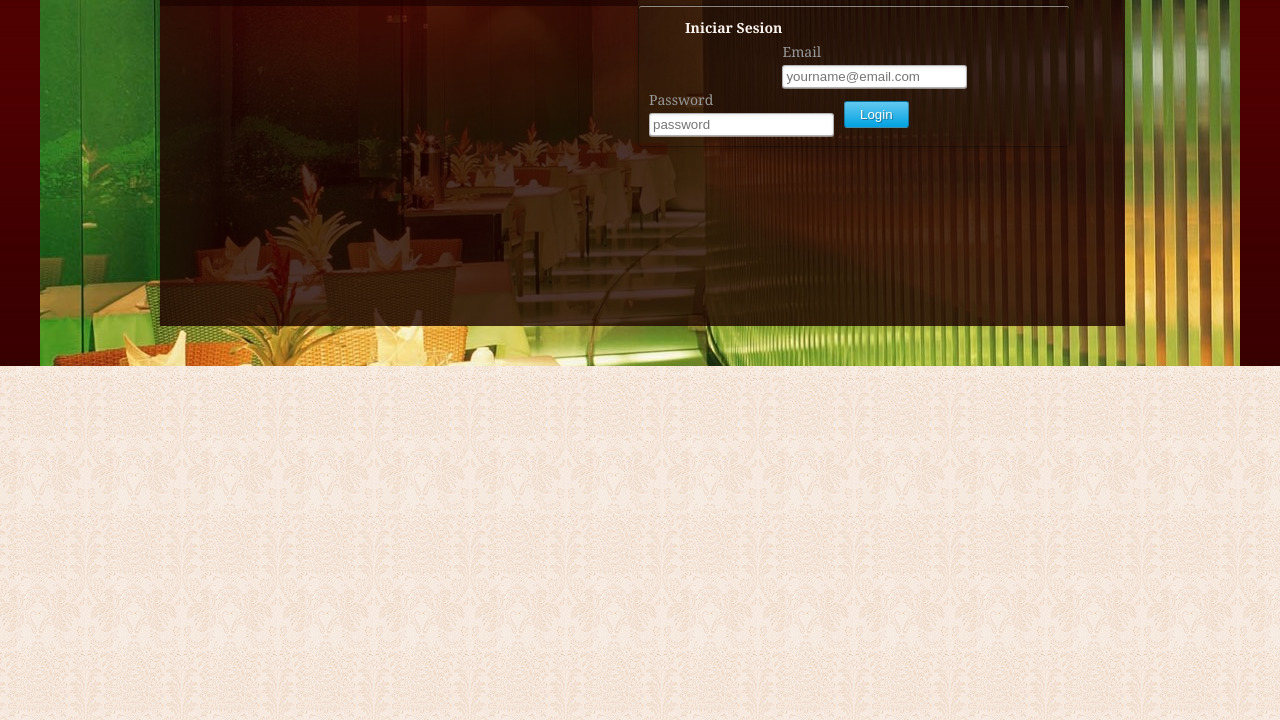
Repository: ProSoft-PDSI/sdsddo
Page: http://localhost/sdsr/LoginRegistro.jsp
The author's editor kept a copy of each file at every save. The page is drawn from the files as they stood at one save, then again after the next save.
The browser window is 1280 px wide. The pictures show the whole page.
The page is served by Tomcat 9. Other server files are loaded and not shown.

Above is the page before, as saved 2014-07-19 21:26:47.
Console error: TypeError: Cannot read properties of undefined (reading 'appendTo')

### Web/sdsr/WebContent/LoginRegistro.jsp
<%@ page language="java" contentType="text/html; charset=ISO-8859-1"
    pageEncoding="ISO-8859-1"%>
<%@ taglib prefix="c" uri="http://java.sun.com/jsp/jstl/core" %>
<!DOCTYPE html>
<html lang="es">
<head>
<title></title>
<meta charset="utf-8" />
<style type="text/css">
body {
	Background: transparent;
}
</style>
<%@ include file="Carga.jsp" %>
</head>
<body id="page5">
<div class="body6">
	<div class="body1">
		<div class="main">
<!-- content -->
			<article id="content">
				<div class="wrap">
					<div class="box">
					<form id="ContactForm">
						<section class="loginform cf">
							<form name="login" action="index_submit" method="get" accept-charset="utf-8">
								<ul>
								   <h1> Iniciar Sesion </h1>
									<li>
										<label for="usermail"><br>Email</label>
										<input type="text" name="usuario" placeholder="yourname@email.com" required>
									</li>
									<li>
										<label for="password">Password</label>
										<input type="password" name="contrasenia" placeholder="password" required></li>
									<li>
										<input type="submit" value="Login">
									</li>
								</ul>
								</form>
						</section>
					</form>
					<div>
						<form id="ContactForm">
						<section class="loginform cf">
						   <form name="login" action="index_submit" method="get" accept-charset="utf-8">
							<ul>
							    <h1>Registrate</h1>
								<li>
									<label for="usermail"><br>Email</label>
									<input type="Text" name="usermail"  required>
								</li>
								<li>
									<label for="password">Contraseña</label>
									<input type="Text" name="password"  required>
								</li>
								<li>
									<label for="password">Confirmar Contraseña</label>
									<input type="Text" name="password"  required>
								</li>
								<li>
									<label for="Nombre">Nombre</label>
									<input type="Text" name="Nombre"  required>
								</li>
								<li>
									<label for="Apellido">Apellidos</label>
									<input type="Text" name="Apellido"  required>
								</li>
								<li>
									<label for="Number">DNI</label>
									<input type="Text" name="Number"  required>
								</li>
								<li>
									<label for="Direccion">Direccion</label>
									<input type="Text" name="Direccion"  required>
								</li>
								<li>
									<label for="Number">Telefono</label>
									<input type="Text" name="Number"  required>
								</li>
								<li>
									<input type="submit" value="Registrar">
								</li>
							</ul>
						</form>
					</section>
							</form>
						</div>
					</div>
				</div>
			</article>
		</div>
	</div>
</div>
<script type="text/javascript"> Cufon.now(); </script>
</body>

</html>

### Web/sdsr/WebContent/Carga.jsp
<link rel="stylesheet" href="css/reset.css" type="text/css" media="all">
<link rel="stylesheet" href="css/layout.css" type="text/css" media="all">
<link rel="stylesheet" href="css/style.css" type="text/css" media="all">
<link rel="stylesheet" href="css/estilos.css" type="text/css" media="all">
<script type="text/javascript" src="js/jquery-1.6.js" ></script>
<script type="text/javascript" src="js/cufon-yui.js"></script>
<script type="text/javascript" src="js/cufon-replace.js"></script>
<script type="text/javascript" src="js/Forum_400.font.js"></script>
<script type="text/javascript" src="js/jquery.easing.1.3.js"></script>
<script type="text/javascript" src="js/tms-0.3.js"></script>
<script type="text/javascript" src="js/tms_presets.js"></script>
<script type="text/javascript" src="js/script.js"></script>
<script type="text/javascript" src="js/atooltip.jquery.js"></script>

### Web/sdsr/WebContent/css/layout.css
.col1, .col2, .col3, .cols  {float:left}
.cols {width:300px}
.col1 {width:630px}
.col2 {width:240px}
.col3 {width:570px}
/* index.html */
/* index-1.html */
#page2 .box .list1 {margin-top:-7px}
/* index-2.html */
#page3 h2.letter_spacing {word-spacing:-2px}
/* index-3.html */
#page4 .box .list1 {margin-top:-7px}
#page4 h2.pad_bot1 {padding-bottom:5px}
/* index-4.html */
#page5 .box > div {background: url(../images/box_top2.png) top center no-repeat}
#page5 #content2 h2 {padding-bottom:4px}
/* index-5.html */
/* index-6.html */

### Web/sdsr/WebContent/css/style.css
/* Getting the new tags to behave */
article, aside, audio, canvas, command, datalist, details, embed, figcaption, figure, footer, header, hgroup, keygen, meter, nav, output, progress, section, source, video {display:block}
mark, rp, rt, ruby, summary, time {display:inline}
/* Left & Right alignment */
.left {float:left}
.right {float:right}
.wrapper {width:100%;overflow:hidden}
.wrap{overflow:hidden;width:965px;margin-left:-5px;padding-left:5px}
/* Global properties */
body {background:url(../images/bg_bot.jpg) center 0 repeat #faf3ed;border:0;font:14px Georgia, "Times New Roman", Times, serif;color:#200;line-height:24px}
.ic, .ic a {border:0;float:right;background:#fff;color:#f00;width:50%;line-height:10px;font-size:10px;margin:-220% 0 0 0;overflow:hidden;padding:0}
.css3{border-radius:8px;-moz-border-radius:8px;-webkit-border-radius:8px;box-shadow:0 0 4px rgba(0, 0, 0, .4);-moz-box-shadow:0 0 4px rgba(0, 0, 0, .4);-webkit-box-shadow:0 0 4px rgba(0, 0, 0, .4);position:relative}
/* Global Structure */
.main {	margin:0 auto;	width:960px}
.body1 {background:url(../images/restaurant.jpg) top center no-repeat}
.body2 {background:#faf3ed}
.body3 {background:url(../images/bg_bot.jpg) top center repeat}
.body4 {background:url(../images/bg_bot_img.jpg) top center no-repeat}
.body5 {background:url(../images/slider_shadow.png) center 508px no-repeat}
.body6 {background:url(../images/bg_top.jpg) top repeat-x}
/* main layout */
a {color:#a80002;text-decoration:none;outline:none}
a:hover {text-decoration:underline}
h1 {float:left;padding:0px 0 0 36px}
h2 {font-size:41px;line-height:1.2em;color:#200000;padding:16px 0 12px 0;letter-spacing:-2px}
h2.letter_spacing {letter-spacing:-3px}
h3 {font-size:27px;color:#230000;line-height:1.2em;padding:20px 0 9px 0;letter-spacing:-1px}
h3 span {color:#a80002}
p {padding-bottom:24px}
/* header */
header {height:121px;padding-top:31px;width:100%;overflow:hidden}
label {
	display: block;
	color: #999;
}
.cf:before,
.cf:after {
    content: "";
    display: table;
}

.cf:after {
    clear: both;
}
.cf {
    *zoom: 1;
}
:focus {
	outline: 0;
}
.loginform {
	width: 410px;
	margin: 10px auto;
	padding: 10px;
	border-radius: 3px;
    box-shadow: 0px 0px 5px 0px rgba(0, 0, 0, 0.2),
    			inset 0px 1px 0px 0px rgba(250, 250, 250, 0.5);
    border: 1px solid rgba(0, 0, 0, 0.3);
    float: right;
}
.loginform ul {
	padding: 0;
	margin: 0;
}
.loginform li {
	display: inline;
	float: left;
}
.loginform input:not([type=submit]) {
	padding: 3px;
	margin-right: 10px;
	border: 1px solid rgba(0, 0, 0, 0.3);
	border-radius: 3px;
	box-shadow: inset 0px 1px 3px 0px rgba(0, 0, 0, 0.1),
				0px 1px 0px 0px rgba(250, 250, 250, 0.5) ;
}
.loginform input[type=submit] {
	border: 1px solid rgba(0, 0, 0, 0.3);
	background: #64c8ef; /* Old browsers */
	background: -moz-linear-gradient(top,  #64c8ef 0%, #00a2e2 100%); /* FF3.6+ */
	background: -webkit-gradient(linear, left top, left bottom, color-stop(0%,#64c8ef), color-stop(100%,#00a2e2)); /* Chrome,Safari4+ */
	background: -webkit-linear-gradient(top,  #64c8ef 0%,#00a2e2 100%); /* Chrome10+,Safari5.1+ */
	background: -o-linear-gradient(top,  #64c8ef 0%,#00a2e2 100%); /* Opera 11.10+ */
	background: -ms-linear-gradient(top,  #64c8ef 0%,#00a2e2 100%); /* IE10+ */
	background: linear-gradient(to bottom,  #64c8ef 0%,#00a2e2 100%); /* W3C */
	filter: progid:DXImageTransform.Microsoft.gradient( startColorstr='#64c8ef', endColorstr='#00a2e2',GradientType=0 ); /* IE6-9 */
	color: #fff;
	padding: 5px 15px;
	margin-right: 0;
	margin-top: 13px;
	border-radius: 3px;
	text-shadow: 1px 1px 0px rgba(0, 0, 0, 0.3);
}

.ac_content h1{
	color:#fff;
	display:block;
	float:left;
	width:80px;
	height:20px;
	padding:0px;
	font-size:28px;
	font-weight:bold;
	line-height:30px;
	margin-right:1px;
}
.ac_content h1 span{
	display:block;
	font-weight:normal;
	font-size:18px;
}

#top_nav {float:right;padding:4px 43px 30px 0}
#top_nav li {float:left;padding:3px 26px 5px 0;background:url(../images/top_line.gif) right 0 no-repeat;margin-right:25px}
#top_nav li a {display:block;line-height:0}
#top_nav .end {background:none;padding-right:0;margin-right:0}
#menu {width:633px;float:right;padding:0 0 0 0}
#menu li {float:left;padding-left:3px}
#menu li a {display:block;font-size:24px;color:#faf3ed;line-height:75px;padding:0 15px;height:60px;letter-spacing:-1px}
/* #menu li a {display:block;font-size:24px;color:#faf3ed;line-height:100px;padding:0 15px;height:80px;letter-spacing:-1px}*/
#menu li a:hover, #menu .active a {text-decoration:none;background:url(../images/menu_bg.png) repeat}
.slider_bg {width:100%;height:404px;background: url(../images/bg_slider.jpg) 0 0 no-repeat;position:relative;overflow:hidden;box-shadow:0 0 5px rgba(0, 0, 0, .4);-moz-box-shadow:0 0 5px rgba(0, 0, 0, .4);-webkit-box-shadow:0 0 5px rgba(0, 0, 0, .4);margin-bottom:35px}
.slider {top:10px;right:10px;position:absolute;z-index:1;width:920px}
.slider .items {display:none}
.slider .pic {float:right;position:relative}
.banner {left:0px;top:0;position:absolute;width:271px;z-index:2;text-align:center}
.banner strong {font-size:52px;color:#bf0f0a;display:block;line-height:1.2em;text-transform:uppercase;padding:55px 0 0 0;letter-spacing:-2px}
.banner strong span {display:block;margin-top:-16px}
.banner b {display:block;font-size:27px;color:#312826;text-transform:uppercase;padding:0 0 23px 0;line-height:1.2em;letter-spacing:-1px}
.banner p {background:url(../images/quot1.png) 0 0 no-repeat}
.banner p span {display:block;background:url(../images/quot2.png) right bottom no-repeat;padding:0 0 0 0;color:#6c5f5b;padding-bottom:2px}
.slider .pagination {position:absolute;z-index:2;bottom:10px;left:107px}
.slider .pagination li {float:left;padding-right:3px}
.slider .pagination a {display:block;width:17px;height:17px;text-indent:-9999px;background:url(../images/buttons.png) right 0 no-repeat}
.slider .pagination a:hover, .slider .pagination .current a {background-position:left}
/* content */
#content {padding-bottom:40px}
#content2 {padding-bottom:31px}
.pad_left1 {padding-left:30px}
.pad_bot1 {padding-bottom:13px}
.pad_bot2 {padding-bottom:24px}
.marg_right1 {margin-right:20px}
.box {background:url(../images/box_bg.png) repeat;color:#faf3ed;box-shadow:0 0 5px rgba(0, 0, 0, .4);-moz-box-shadow:0 0 5px rgba(0, 0, 0, .4);-webkit-box-shadow:0 0 5px rgba(0, 0, 0, .4)}
.box > div {background:url(../images/box_top.png) 0 top no-repeat;padding:30px;padding-top:0;overflow:hidden}
.box h2 {color:#a80002;padding:15px 0 12px 0}
.box h2 span {color:#faf3ed}
.box figure {padding-bottom:13px}
.list1 li a {font-style:italic;padding-left:12px;background:url(../images/marker_1.gif) 1px 8px no-repeat;color:#faf3ed}
.list_1 {color:#fff}
.list_1:hover {text-decoration:none}
.button1 {display:inline-block;font-size:20px;color:#faf3ed;line-height:34px;padding:0 15px;background:#a80002;letter-spacing:-1px}
.button1:hover {text-decoration:none;color:#1e0000;background:#faf3ed}
.testimonials li span {float:left;width:40px;height:40px;font-size:30px;color:#faf3ed;line-height:34px;text-align:center;background:#a80002;margin-right:20px}
.testimonials li p {float:left;width:180px;padding-bottom:15px}
.testimonials li img {padding-top:2px}
.line1 {background:url(../images/line_vert1.gif) 285px 0 repeat-y}
.line2 {background:url(../images/line_vert1.gif) 615px 0 repeat-y}
.price {margin-top:-7px}
.price li {overflow:hidden;background:url(../images/price_bg.gif) 0 -6px repeat-x}
.price a {float:left;color:#220000;background:url(../images/marker_2.gif) 1px 11px no-repeat #faf3ed;padding-left:12px}
.price a:hover {text-decoration:none;color:#a80002}
.price span {float:right;background:#faf3ed}
.address {padding-bottom:0}
.address span {float:left;width:84px}
/* footer */
footer {height:138px;font:13px "Trebuchet MS", Arial, Helvetica, sans-serif;color:#696969;line-height:18px}
footer a {color:#c53005;text-decoration:underline}
footer a:hover {text-decoration:none}
#icons {padding:5px 0 0 0}
#icons li {float:left;padding-right:9px}
/* Tooltips */
.aToolTip {background:#a80002;color:#fff;	margin:0;padding:2px 10px 3px;font-size:11px;position:absolute;line-height:17px}
.aToolTip .aToolTipContent {position:relative;	margin:0;padding:0}
/* forms */
#ContactForm {margin-top:-5px;width:910px}
#ContactForm span {float:left;width:111px;line-height:20px}
#ContactForm .wrapper {min-height:24px}
#ContactForm .textarea_box {min-height:170px;width:100%;overflow:hidden;padding-bottom:9px}
#ContactForm {}
#ContactForm a {margin-left:20px;float:right}
#ContactForm .input {width:399px;height:18px;background:#faf3ed;padding:1px 5px;color:#220000;font:14px Georgia, "Times New Roman", Times, serif;margin:0;float:left}
#ContactForm textarea {overflow:auto;width:789px;height:163px;background:#faf3ed;padding:1px 5px;color:#220000;font:14px Georgia, "Times New Roman", Times, serif;margin:0}

### Web/sdsr/WebContent/css/estilos.css
#marco{
	background: transparent;
}

.marco{
	height:80em;
	width:101%;
}

### Web/sdsr/WebContent/js/cufon-replace.js
Cufon.replace('#menu a, .banner strong, .banner b, h2, h3', { fontFamily: 'Forum', hover:true });

### Web/sdsr/WebContent/js/atooltip.jquery.js
/*
	jQuery Version:				jQuery 1.3.2
	Plugin Name:				aToolTip V 1.0
	Plugin by: 					Ara Abcarians: http://ara-abcarians.com
	License:					aToolTip is licensed under a Creative Commons Attribution 3.0 Unported License
								Read more about this license at --> http://creativecommons.org/licenses/by/3.0/
*/
(function($) {
    $.fn.aToolTip = function(options) {

    	// setup default settings
    	var defaults = {
    		clickIt: false,
    		closeTipBtn: 'aToolTipCloseBtn',
    		fixed: false,
    		inSpeed: 200,
    		outSpeed: 0,
    		tipContent: '',
    		toolTipClass: 'aToolTip',
    		xOffset: 5,
    		yOffset: 5
    	},

    	// This makes it so the users custom options overrides the default ones
    	settings = $.extend({}, defaults, options);

		return this.each(function() {
			var obj = $(this);
			// Decide weather to use a title attr as the tooltip content
			if(obj.attr('title')){
				// set the tooltip content/text to be the obj title attribute
				var tipContent = obj.attr('title');
			} else {
				// if no title attribute set it to the tipContent option in settings
				var tipContent = settings.tipContent;
			}

			// check if obj has a title attribute and if click feature is off
			if(tipContent && !settings.clickIt){
				// Activate on hover
				obj.hover(function(el){
					obj.attr({title: ''});
					$('body').append("<div class='"+ settings.toolTipClass +"'><p class='aToolTipContent'>"+ tipContent +"</p></div>");
					$('.' + settings.toolTipClass).css({
						position: 'absolute',
						display: 'none',
						zIndex: '50000',
						top: (obj.offset().top - $('.' + settings.toolTipClass).outerHeight() - settings.yOffset) + 'px',
						left: (obj.offset().left + 1/2*(obj.outerWidth()) + settings.xOffset) + 'px'
					})
					.stop().fadeIn(settings.inSpeed);
			    },
				function(){
					// Fade out
					$('.' + settings.toolTipClass).stop().fadeOut(settings.outSpeed, function(){$(this).remove();});
			    });
		    }

		    // Follow mouse if fixed is false and click is false
		    if(!settings.fixed && !settings.clickIt){
				obj.mousemove(function(el){
					$('.' + settings.toolTipClass).css({
						top: (el.pageY - $('.' + settings.toolTipClass).outerHeight() - settings.yOffset),
						left: (el.pageX + settings.xOffset)
					})
				});
			}

		    // check if click feature is enabled
		    if(tipContent && settings.clickIt){
				// Activate on click
				obj.click(function(el){
					obj.attr({title: ''});
					$('body').append("<div class='"+ settings.toolTipClass +"'><p class='aToolTipContent'>"+ tipContent +"</p></div>");
					$('.' + settings.toolTipClass).append("<a class='"+ settings.closeTipBtn +"' href='#' alt='close'>close</a>");
					$('.' + settings.toolTipClass).css({
						position: 'absolute',
						display: 'none',
						zIndex: '50000',
						top: (obj.offset().top - $('.' + settings.toolTipClass).outerHeight() - settings.yOffset) + 'px',
						left: (obj.offset().left + obj.outerWidth() + settings.xOffset) + 'px'
					})
					.fadeIn(settings.inSpeed);
					// Click to close tooltip
					$('.' + settings.closeTipBtn).click(function(){
						$('.' + settings.toolTipClass).fadeOut(settings.outSpeed, function(){$(this).remove();});
						return false;
					});
					return false;
			    });
		    }

		}); // END: return this

		// returns the jQuery object to allow for chainability.
        return this;
    };
})(jQuery);

$(document).ready(function() {
		// tool tip
	$('.normaltip').aToolTip({
    	toolTipClass: 'aToolTip'});

})

Loaded but not shown: Web/sdsr/WebContent/css/reset.css (common file); Web/sdsr/WebContent/js/jquery-1.6.js (library); Web/sdsr/WebContent/js/cufon-yui.js (library); Web/sdsr/WebContent/js/Forum_400.font.js (library); Web/sdsr/WebContent/js/jquery.easing.1.3.js (library); Web/sdsr/WebContent/js/script.js (common file); Web/sdsr/WebContent/js/tms_presets.js (489 lines, source omitted); Web/sdsr/WebContent/js/tms-0.3.js (395 lines, source omitted)

After the next save:
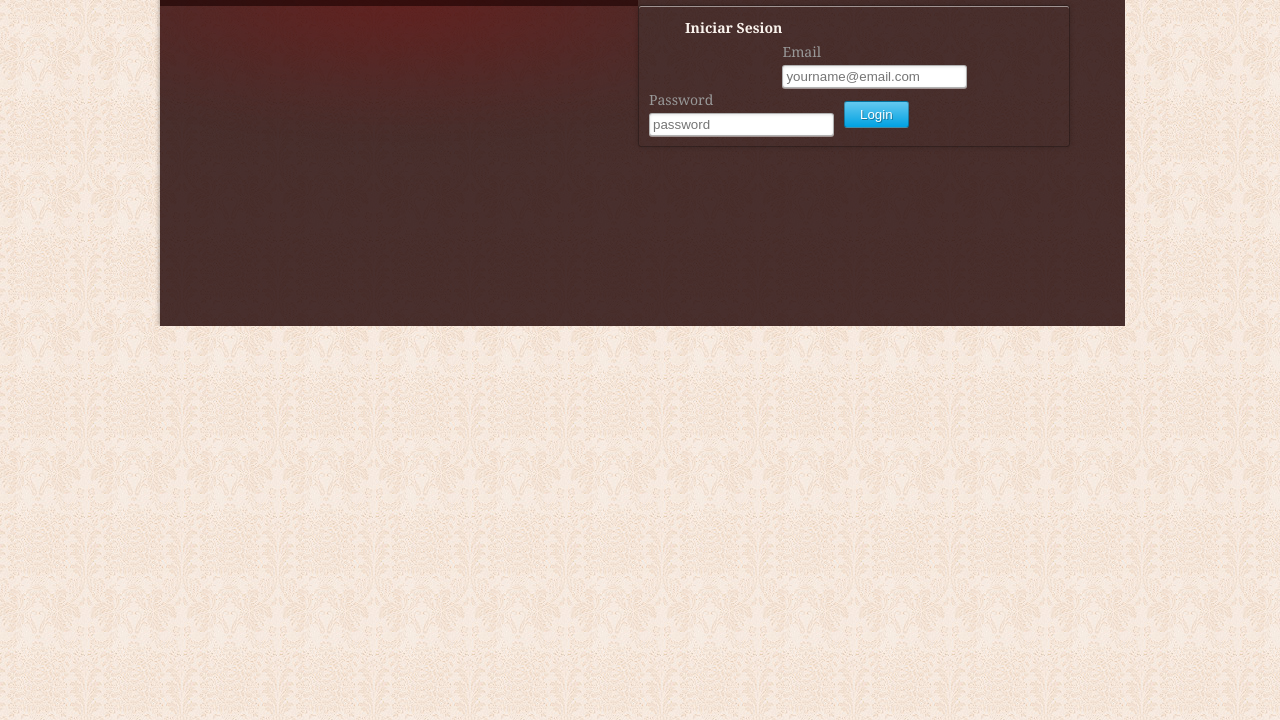
Saved 95 min 18 s later.
--- a/Web/sdsr/WebContent/LoginRegistro.jsp
+++ b/Web/sdsr/WebContent/LoginRegistro.jsp
@@ -14,8 +14,8 @@ body {
 <%@ include file="Carga.jsp" %>
 </head>
 <body id="page5">
-<div class="body6">
-	<div class="body1">
+<div class="body6" id="marco">
+	<div class="body1" id="marco">
 		<div class="main">
 <!-- content -->
 			<article id="content">
